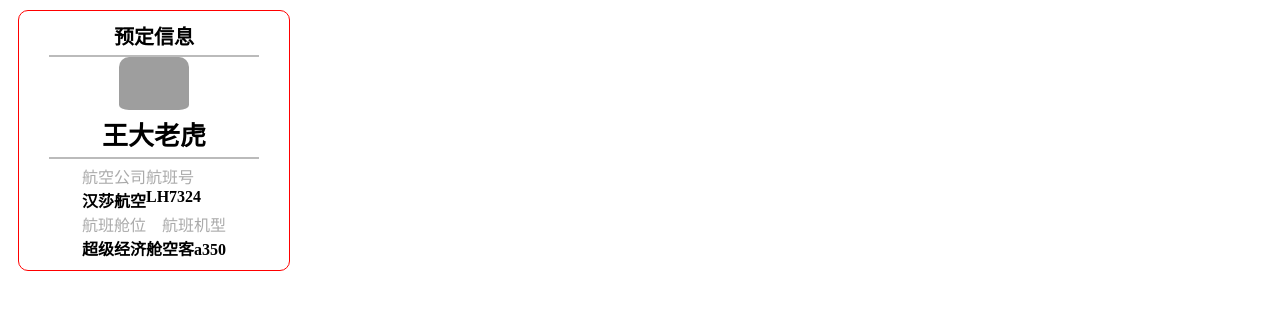
Repository: xzm1997/react-learning
Page: /
The author's editor kept a copy of each file at every save. The page is drawn from the files as they stood at one save, then again after the next save.
The browser window is 1280 px wide. The pictures show the whole page.
Pictures or frames that could not be fetched are drawn as grey boxes. The project was rebuilt for these pictures with package versions that can differ from the ones it lists, and the page was loaded fresh each time.

Above is the page before, as saved 2023-01-31 10:55:12.

### src/index.js
import React from 'react';
import ReactDOM from 'react-dom/client';
import './index.css';

export function UserInfo(props) {
  return (
    <div className='userInfo'>
      <img
        src='https://img1.baidu.com/it/u=2017107515,121176475&fm=253&fmt=auto&app=138&f=JPEG?w=500&h=500'
        alt='ava'
        className='ava'
      ></img>
      <div className='userName'>{props.userName}</div>
    </div>
  )
}

export function InfoShow(props) {
  return (
    <div>
      <div className='bookTitle'>{props.title}</div>
      <div className='bookContent'>{props.content}</div>
    </div>
  )
}

export function BookInfo(props) {
  return (
    <div className='contentDisplay'>
      <div className='totalTitle'>预定信息</div>
      <UserInfo userName={props.userName} />
      <div className='infoDisplay'>
        <div className='infoItem'>
          <InfoShow title='航空公司' className='leftSide' content={props.ticketInfo.airline}/>
          <InfoShow title='航班号' className='rightSide' content={props.ticketInfo.flightNum}/>
        </div>
        <div className='infoItem'>
          <InfoShow title='航班舱位' className='leftSide' content={props.ticketInfo.level}/>
          <InfoShow title='航班机型' className='rightSide' content={props.ticketInfo.plane}/>
        </div>
      </div>
    </div>
    )
}

export function Root() {
  const userName = '王大老虎';
  const ticketInfo = {
    airline : '汉莎航空',
    flightNum : 'LH7324',
    level : '超级经济舱',
    plane : '空客a350'
  }
  return (
    <div>
      <BookInfo
        userName={userName}
        ticketInfo={ticketInfo}
      />
    </div>
  )
}

// ========================================

const root = ReactDOM.createRoot(document.getElementById("root"));
root.render(<Root />);

### src/index.css
.contentDisplay {
  width: 250px;
  border: solid 1px red;
  border-radius: 10px;
  padding:10px;
  margin: 10px;
  display: flex;
  flex-direction: column;
  align-items: center;
}

.userInfo {
  display: flex;
  flex-direction: column;
  align-items: center;
  width: 210px;
  padding-bottom: 5px;
  margin-bottom: 5px;
  border-bottom: solid 2px #bbb;
}

.ava {
  width: 70px;
  border-radius: 10px;
  padding-bottom: 5px;
}

.userName {
  font-weight: 700;
  font-size: 26px;
}

.bookTitle {
  color: #aaa;
}

.totalTitle {
  font-size: 20px;
  font-weight: 700;
  text-align: center;
  width: 210px;
  padding-bottom: 5px;
  border-bottom: solid 2px #bbb;
}

.bookContent {
  font-weight: 700;
}

.infoDisplay {
  display: flex;
  flex-direction: column;
}

.infoItem {
  display: flex;
  flex-direction: row;
}

.leftSide {
  width: 110px;
}

.rightSide {
  text-align: right;
  width: 110px;
}

Loaded but not shown: public/index.html (common file)

After the next save:
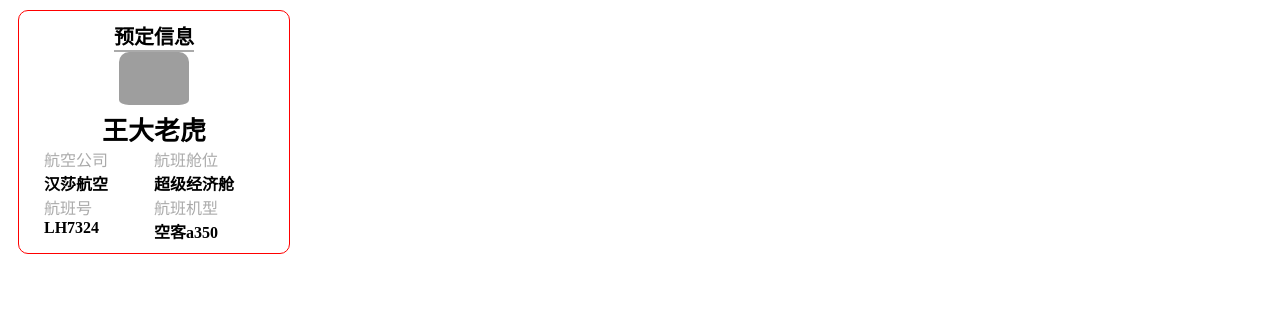
Saved 6 min 42 s later.
--- a/src/index.css
+++ b/src/index.css
@@ -13,10 +13,6 @@
   display: flex;
   flex-direction: column;
   align-items: center;
-  width: 210px;
-  padding-bottom: 5px;
-  margin-bottom: 5px;
-  border-bottom: solid 2px #bbb;
 }
 
 .ava {
@@ -37,10 +33,7 @@
 .totalTitle {
   font-size: 20px;
   font-weight: 700;
-  text-align: center;
-  width: 210px;
-  padding-bottom: 5px;
-  border-bottom: solid 2px #bbb;
+  border-bottom: solid 2px #aaa;
 }
 
 .bookContent {
@@ -49,19 +42,12 @@
 
 .infoDisplay {
   display: flex;
-  flex-direction: column;
 }
 
 .infoItem {
-  display: flex;
-  flex-direction: row;
-}
-
-.leftSide {
   width: 110px;
 }
 
 .rightSide {
   text-align: right;
-  width: 110px;
 }
